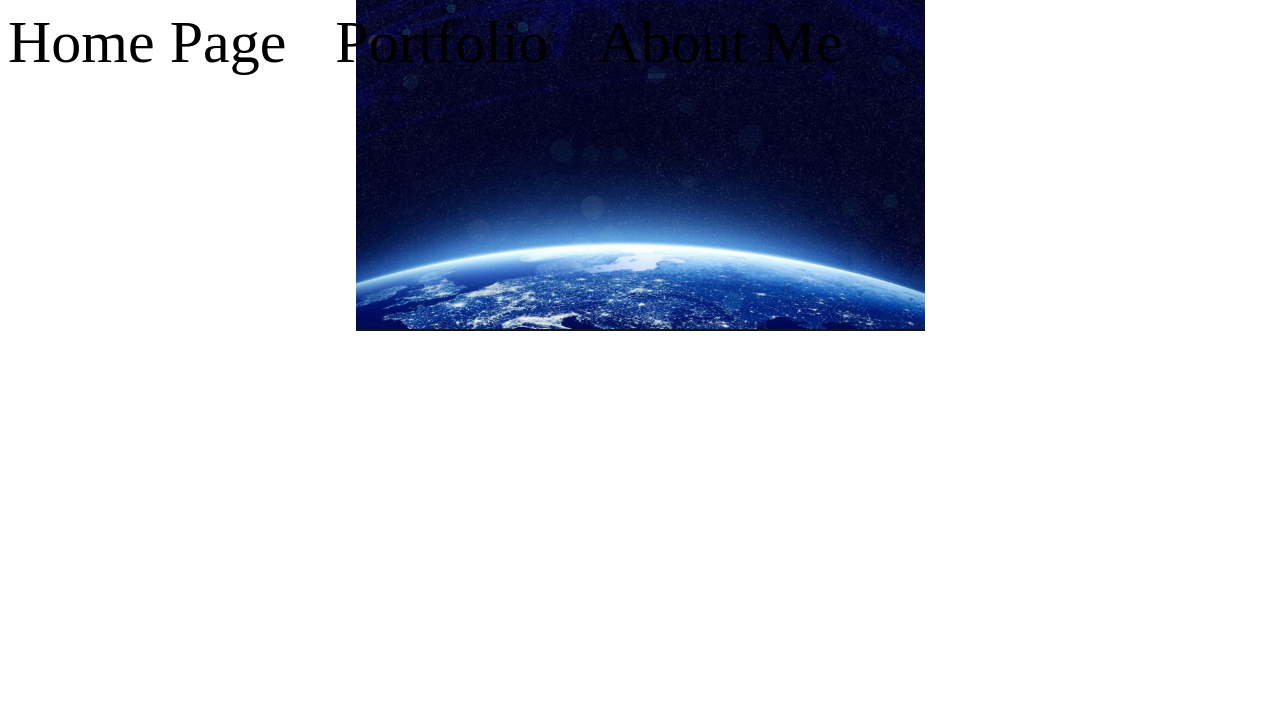
Repository: jacobhayman22/jacobhayman22.github.io
Page: index.html
The author's editor kept a record of every edit. The page is drawn from the files as they stood at one moment, then again after the next edit.
The browser window is 1280 px wide. The pictures show the whole page.

Above is the page before.

### index.html
<!DOCTYPE html>
<html>
    <head>

        <title>My Website</title>
        <link rel="stylesheet" type="text/css" href="style.css">

    </head>
    <body class="main-background">
        <div class="row"
            <ul class="main-nav">
                <li> <a href="index.html">Home Page</a></li>
                <li> <a href="portfolio.html">Portfolio</a></li>
                <li> <a href="about.html">About Me</a></li>
            </ul>
        </div>
</body>
</html>

### style.css







 body {
  background-color: white;
  background-image: url("space.jpg");
  /*height: 100%;
  background-size: cover;*/
  background-position: top;
  background-repeat: no-repeat;
 }

 .main-nav
 {
  float: right;
  list-style: none;
  margin-top: 30px;
 }
 .main-nav li
 {
  display: inline-block;
 }

  /*body { */
    /*    background-color: black;*/
    /*    font-size: 10px;*/
    /*        }*/
    /*        a {*/
    /*            font-size: 3em;*/
    /*        }*/

    /*        a:link, a:visited {*/
    /*            color: white;*/
    /*        }*/
 body
  a {
   color: black;
   font-size: 2.5em;
   text-decoration: none;
  }

   li {
    display: inline;
    padding-right: 20px;
    margin-right: 25px;
   }

   p {
    color:white ;
   font-size: 2em;
   }
   h1{
    color:white ;
    font-size: 2.5em;
   }
   li{
    color:white ;
    font-size: 1.5em
   }
   h2{
    color:white ;
    font-size: 2em;
   }

After the next edit:
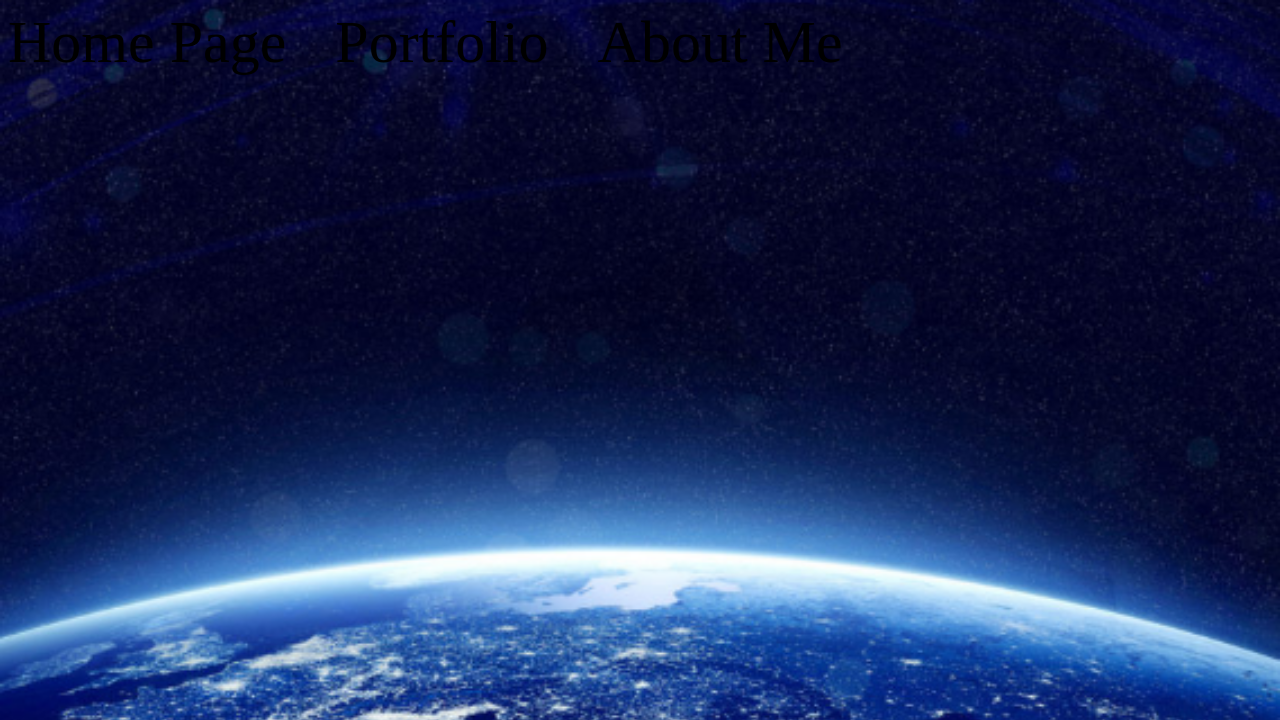
The edit:
--- a/style.css
+++ b/style.css
@@ -8,8 +8,8 @@
  body {
   background-color: white;
   background-image: url("space.jpg");
-  /*height: 100%;
-  background-size: cover;*/
+  height: 100%;
+  background-size: cover;
   background-position: top;
   background-repeat: no-repeat;
  }
